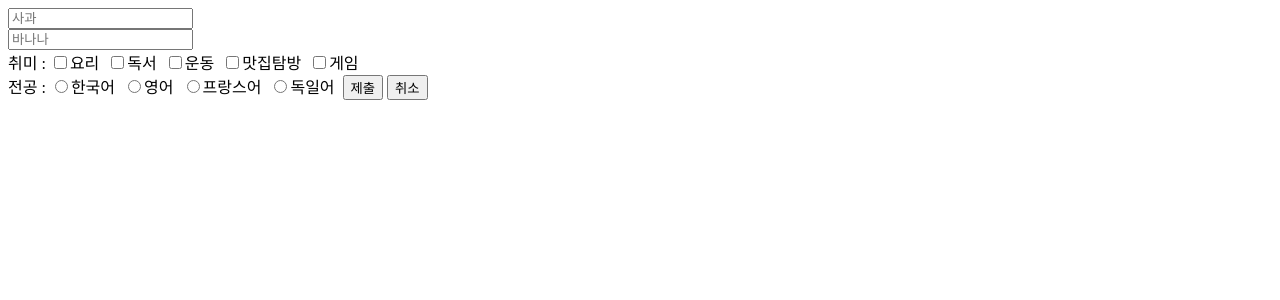
Repository: JongMin22/jsp.practice
Page: http://localhost/JSPBasic/JspObject/1.requests/req_param_sand.jsp
An editor plug-in stored every save of this project. The page is shown before and after the next save, followed by the edit.
The browser window is 1280 px wide. The pictures show the whole page.
The page is served by Tomcat 9.

Above is the page before, as saved 2022-02-03 06:37:50.

### JSPBasic/src/main/webapp/JspObject/1.requests/req_param_sand.jsp
<%@ page language="java" contentType="text/html; charset=UTF-8"
    pageEncoding="UTF-8"%>
<!DOCTYPE html>
<html>
<head>
<meta charset="UTF-8">
<title>Insert title here</title>
</head>
<body>
<%-- 아래에 form을 만들고 내부에 input 4개를 만들어주세요.
input 태그의 속성은 하나는 text 하나는 password
name속성은 하나는 apple 하나는 banana로 해주세요
reset 버튼과 submuit 버튼도 하나씩 만들어주세요

form의 action이 바로 목적지를 적는 부분
웹개발에서는 받을 페이지 화면의 주소를 적어줍니다. --%>

<form action="req_param_getpost.jsp" method="get">
<input type=text name="apple" placeholder="사과"/><br/>
<input type=password name="banana" placeholder="바나나"/><br/>

취미 :
<input type="checkbox" name="hobby" value="요리">요리&nbsp;
<input type="checkbox" name="hobby" value="독서">독서&nbsp;
<input type="checkbox" name="hobby" value="운동">운동&nbsp;
<input type="checkbox" name="hobby" value="맛집탐방">맛집탐방&nbsp;
<input type="checkbox" name="hobby" value="게임">게임&nbsp;</br>
전공 :
<!-- (name, value는 각각 정해주세요. radio 4개를 작성해주시면됩니다.) -->
<input type="radio" name="korean" value="한국어"/>한국어&nbsp;
<input type="radio" name="english" value="영어"/>영어&nbsp;
<input type="radio" name="French" value="프랑스어"/>프랑스어&nbsp;
<input type="radio" name="German" value="독일어"/>독일어&nbsp;
<input type=submit value="제출"/>
<input type=reset value="취소"/>

</form>

</body>
</html>

After the next save:
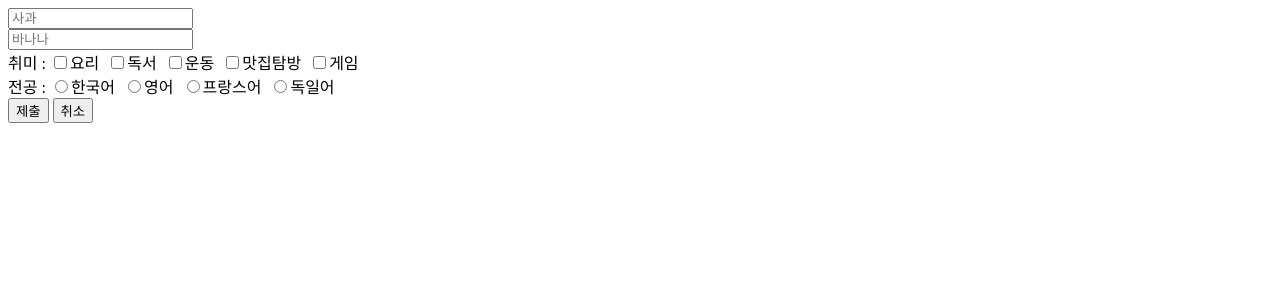
Saved 9 s later.
--- a/JSPBasic/src/main/webapp/JspObject/1.requests/req_param_sand.jsp
+++ b/JSPBasic/src/main/webapp/JspObject/1.requests/req_param_sand.jsp
@@ -30,7 +30,7 @@
 <input type="radio" name="korean" value="한국어"/>한국어&nbsp;
 <input type="radio" name="english" value="영어"/>영어&nbsp;
 <input type="radio" name="French" value="프랑스어"/>프랑스어&nbsp;
-<input type="radio" name="German" value="독일어"/>독일어&nbsp;
+<input type="radio" name="German" value="독일어"/>독일어&nbsp; </br>
 <input type=submit value="제출"/>
 <input type=reset value="취소"/>
 
